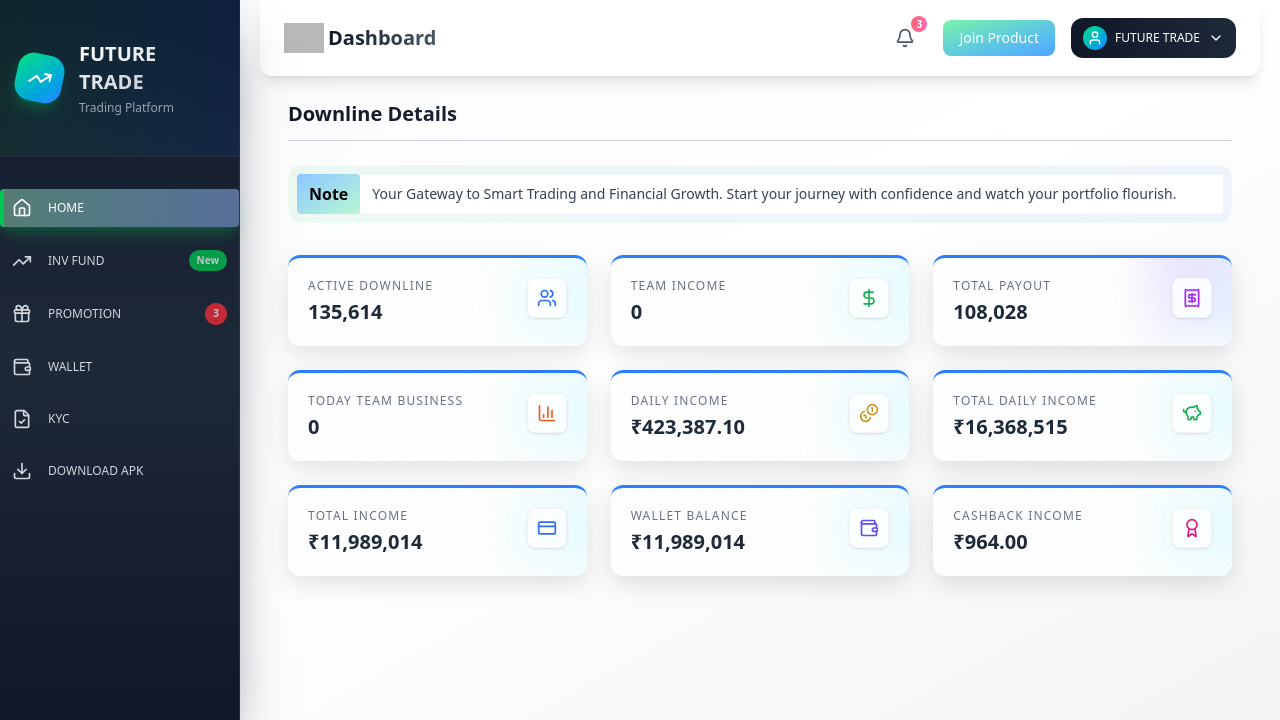
Repository: GauraVPandeyyy/Trade
Page: /
These files come from the project's save history. The page is drawn as it stood at one moment and after the next save; the edit follows.
The browser window is 1280 px wide. The pictures show the whole page.
Pictures or frames that could not be fetched are drawn as grey boxes. The project was rebuilt for these pictures with package versions that can differ from the ones it lists, and the page was loaded fresh each time. Some packages were replaced by stand-ins written for this rebuild. Also part of the build but not shown: vite.config.js, src/pages/InvFund.jsx, src/pages/Promotion.jsx, src/pages/Wallet.jsx, src/pages/Kyc.jsx, src/pages/DownloadApk.jsx.

Above is the page before, as saved 2025-08-02 15:57:48.

After the next save:
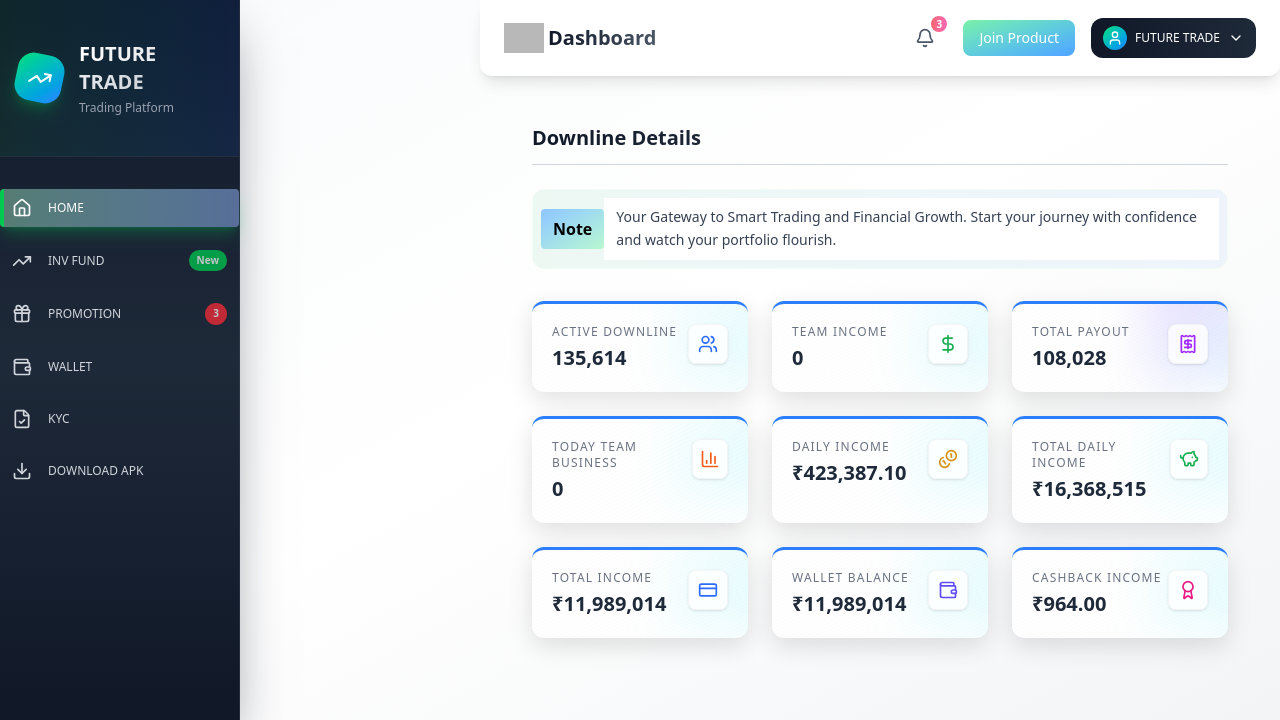
Saved 2 min 46 s later.
--- a/src/pages/Dashboard.jsx
+++ b/src/pages/Dashboard.jsx
@@ -1,32 +1,8 @@
 import React, { useState, useEffect } from 'react';
-import {
-  Home,
-  TrendingUp,
-  Gift,
-  Wallet,
-  FileCheck,
-  Download,
-  Menu,
-  X,
-  Bell,
-  ChevronDown,
-  Users,
-  DollarSign,
-  CreditCard,
-  BarChart3,
-  PiggyBank,
-  Coins,
-  Receipt,
-  Award,
-  Search,
-  Settings,
-  LogOut,
-  User
-} from 'lucide-react';
+import { Outlet } from 'react-router-dom';
 import Sidebar from '../components/Sidebar';
 import Header from '../components/Header';
-import Homee from './Homee';
-import { Outlet } from 'react-router-dom';
+
 // Enhanced hook for sidebar with responsive behavior
 const useSidebarToggle = () => {
   const [isOpen, setIsOpen] = useState(false);
@@ -51,41 +27,25 @@
   return { isOpen, toggle, close, isMobile };
 };
 
-
-
 // Main Dashboard Component
 const Dashboard = () => {
   const { isOpen, toggle, close, isMobile } = useSidebarToggle();
-
-  const dashboardData = [
-    { icon: Users, label: "Active Downline", value: "135,614", color: "text-blue-600", trend: 12.5 },
-    { icon: DollarSign, label: "Team Income", value: "0", color: "text-green-600", trend: 0 },
-    { icon: Receipt, label: "Total Payout", value: "108,028", color: "text-purple-600", trend: -2.1 },
-    { icon: BarChart3, label: "Today Team Business", value: "0", color: "text-orange-600", trend: 0 },
-    { icon: Coins, label: "Daily Income", value: "₹423,387.10", color: "text-yellow-600", trend: 8.3 },
-    { icon: PiggyBank, label: "Total Daily Income", value: "₹16,368,515", color: "text-green-600", trend: 15.7 },
-    { icon: CreditCard, label: "Total Income", value: "₹11,989,014", color: "text-blue-600", trend: 22.4 },
-    { icon: Wallet, label: "Wallet Balance", value: "₹11,989,014", color: "text-indigo-600", trend: 5.2 },
-    { icon: Award, label: "Cashback Income", value: "₹964.00", color: "text-pink-600", trend: 3.1 },
-  ];
 
   return (
     <div className="flex min-h-screen bg-gradient-to-br from-gray-50 via-white to-gray-100">
       {/* Sidebar */}
       <Sidebar isOpen={isOpen} onClose={close} isMobile={isMobile} />
 
-
-
       {/* Main Content */}
-      <div className={`flex-1 flex flex-col transition-all duration-300 px-5 ${!isMobile ? 'ml-0' : ''}`}>
+      <div className={`flex-1 flex flex-col transition-all duration-300 ${!isMobile ? 'ml-0 md:ml-60' : ''}`}>
         {/* Header */}
         <Header onMenuClick={toggle} isMobile={isMobile} />
 
-        {/* Main Content Area */}
-        <Homee />
+        {/* Main Content Area - This will render the matched route */}
+        <div className="p-4 md:p-6">
+          <Outlet />
+        </div>
       </div>
-
-
     </div>
   );
 };
